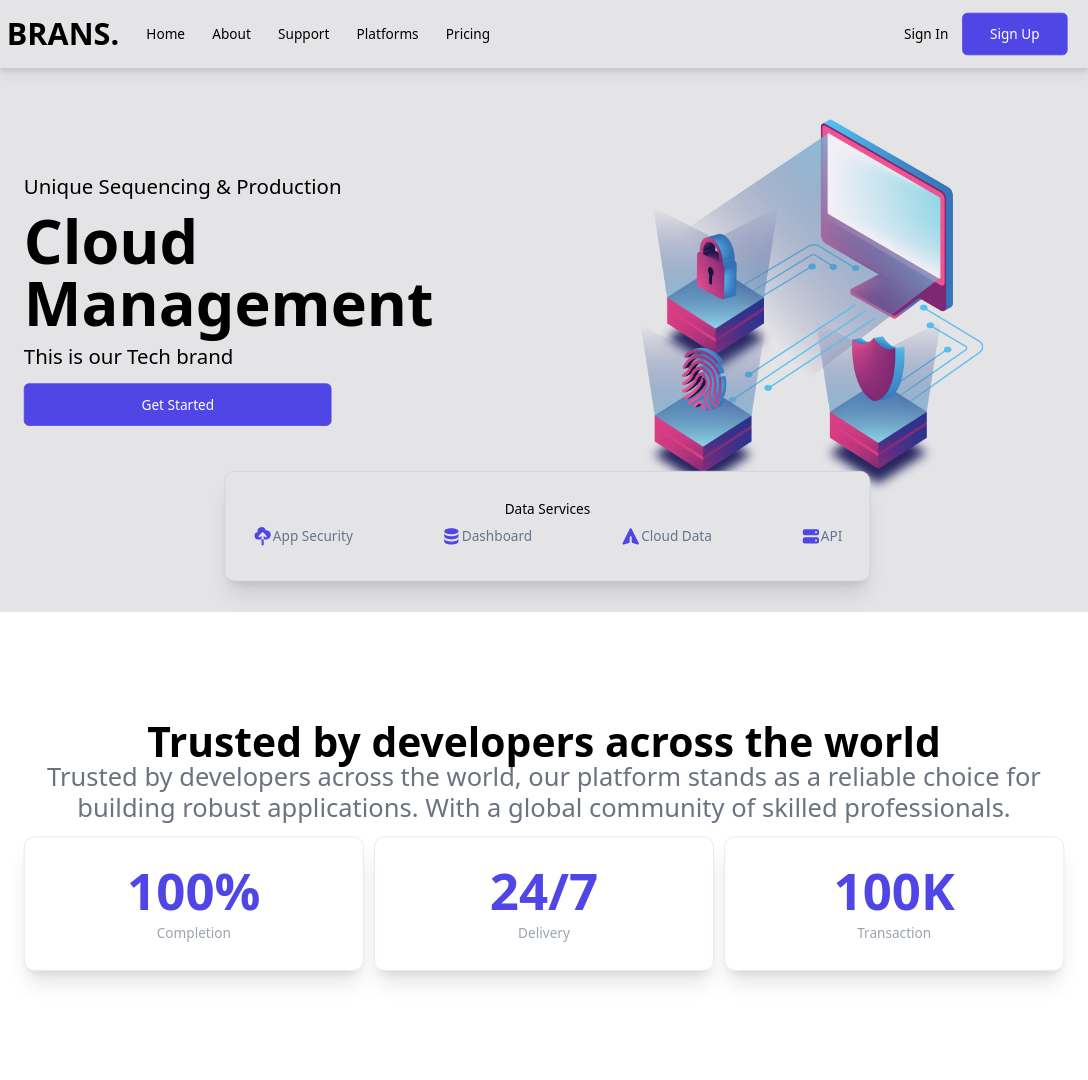
Repository: adrcstro/react-project-2
Page: /
An editor plug-in stored every save of this project. The page is shown before and after the next save, followed by the edit.
The browser window is 1280 px wide. The pictures show the whole page, at 85% of full size.
The project was rebuilt for these pictures with package versions that can differ from the ones it lists, and the page was loaded fresh each time.

Above is the page before, as saved 2024-08-15 19:48:08.

After the next save:
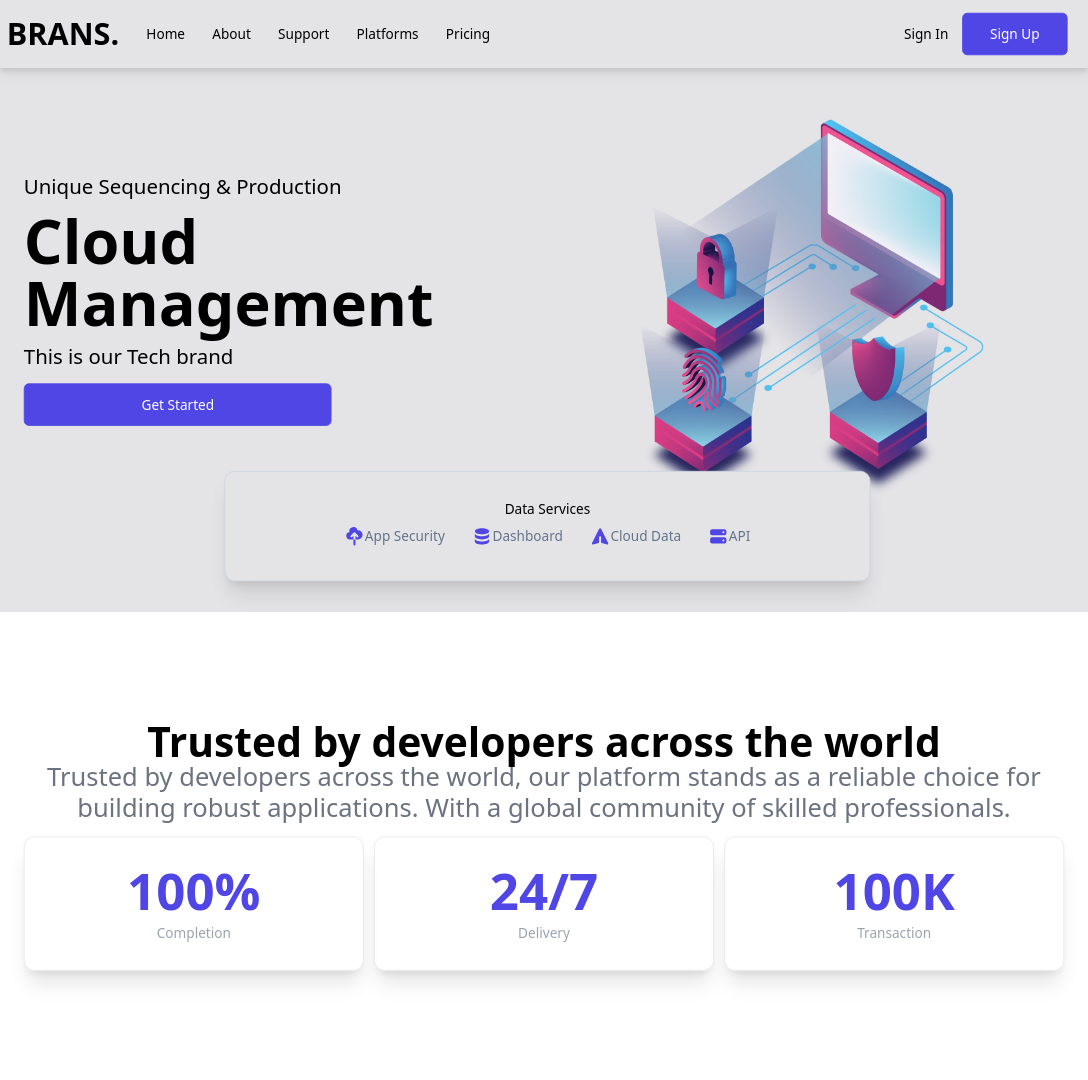
Saved 45 s later.
--- a/src/components/Hero.jsx
+++ b/src/components/Hero.jsx
@@ -21,8 +21,8 @@
        <div>
     <img className='w-full' src={bgImg} alt='/' />
        </div>
-<div className='absolute flex flex-col py-8 md:min-w-[760px] bottom-[5%] mx-1 md:left-1/2
-transform md:-translate-x-1/2 bg-zinc-200 border border-slate-300 rounded-xl text-center shadow-xl sm:justify-center '>
+<div className='absolute flex flex-col py-8 md:min-w-[760px] bottom-[5%] mx-1 md:left-1/2 justify-center items-center
+transform md:-translate-x-1/2 bg-zinc-200 border border-slate-300 rounded-xl text-center shadow-xl'>
   <p>Data Services</p>
   <div className='flex justify-between flex-wrap px-4'>
     <p className='flex px-4 py-2 text-slate-500'><CloudUploadIcon className='h-6 text-indigo-600' /> App Security</p>

After the save that followed:
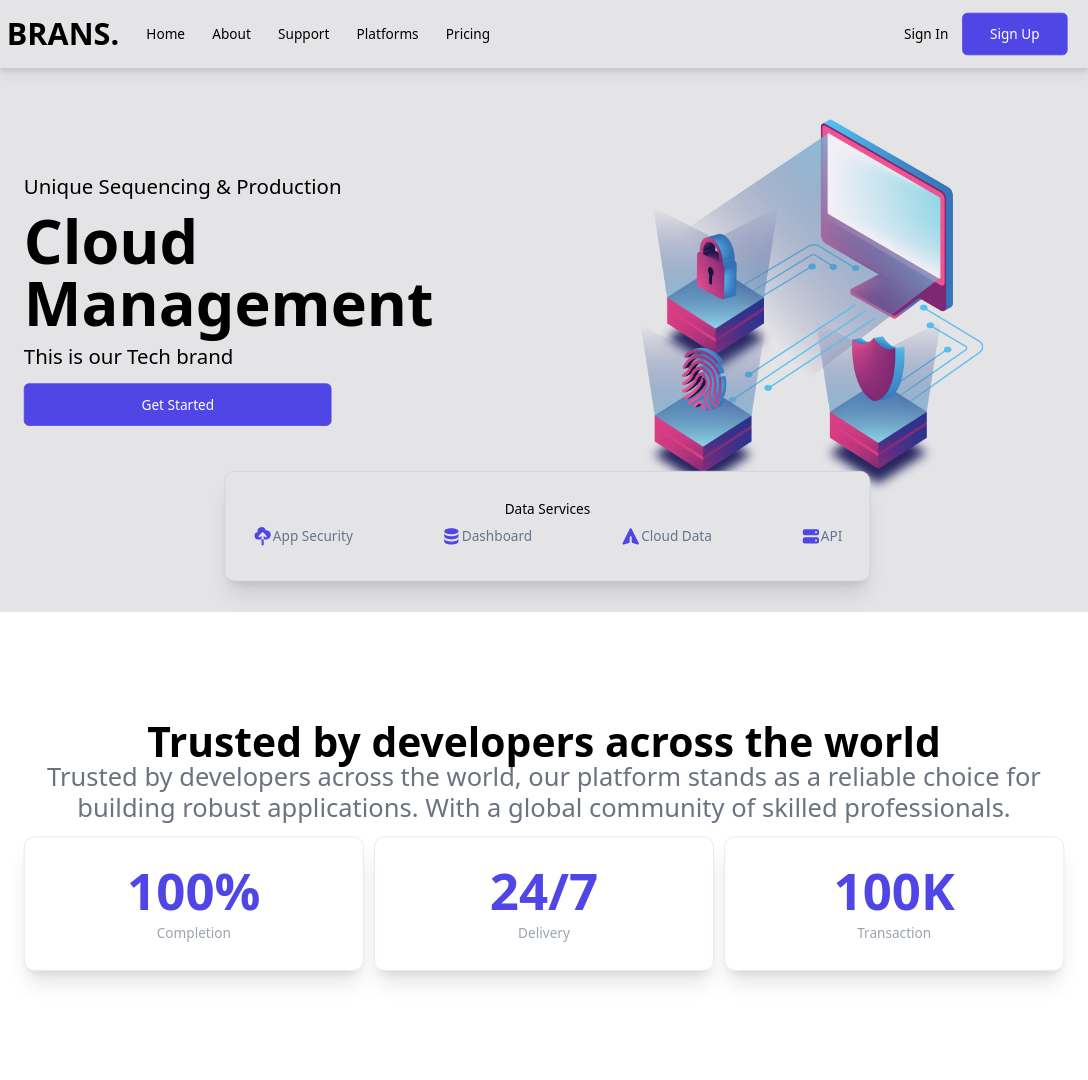
Saved 21 s later.
--- a/src/components/Hero.jsx
+++ b/src/components/Hero.jsx
@@ -21,7 +21,7 @@
        <div>
     <img className='w-full' src={bgImg} alt='/' />
        </div>
-<div className='absolute flex flex-col py-8 md:min-w-[760px] bottom-[5%] mx-1 md:left-1/2 justify-center items-center
+<div className='absolute flex flex-col py-8 md:min-w-[760px] bottom-[5%] mx-1 md:left-1/2
 transform md:-translate-x-1/2 bg-zinc-200 border border-slate-300 rounded-xl text-center shadow-xl'>
   <p>Data Services</p>
   <div className='flex justify-between flex-wrap px-4'>
